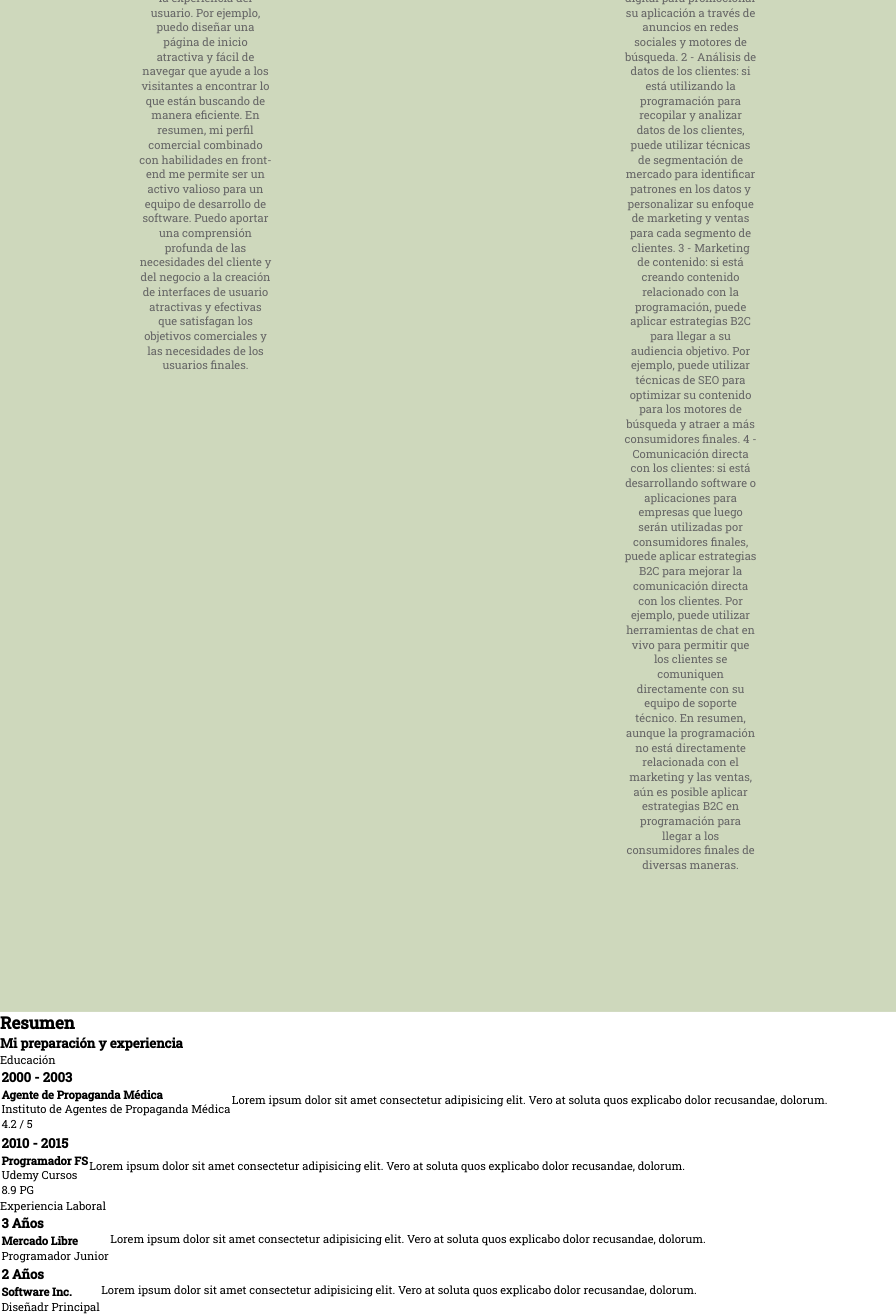
Repository: PabloSebastianPorto/Entrega-CV-1-ARG-PROG
Page: CVFINAL/CVfinal.HTML
These files come from the project's save history. The page is drawn as it stood at one moment and after the next save; the edit follows.
The browser window is 1280 px wide. The pictures show the part of the page from y = 1502 to 3422 px (the page is 3380 px tall before and 3422 px after), at 70% of full size.
Some web libraries are served in a nearby version.

Above is the page before, as saved 2023-02-28 11:46:09.

After the next save:
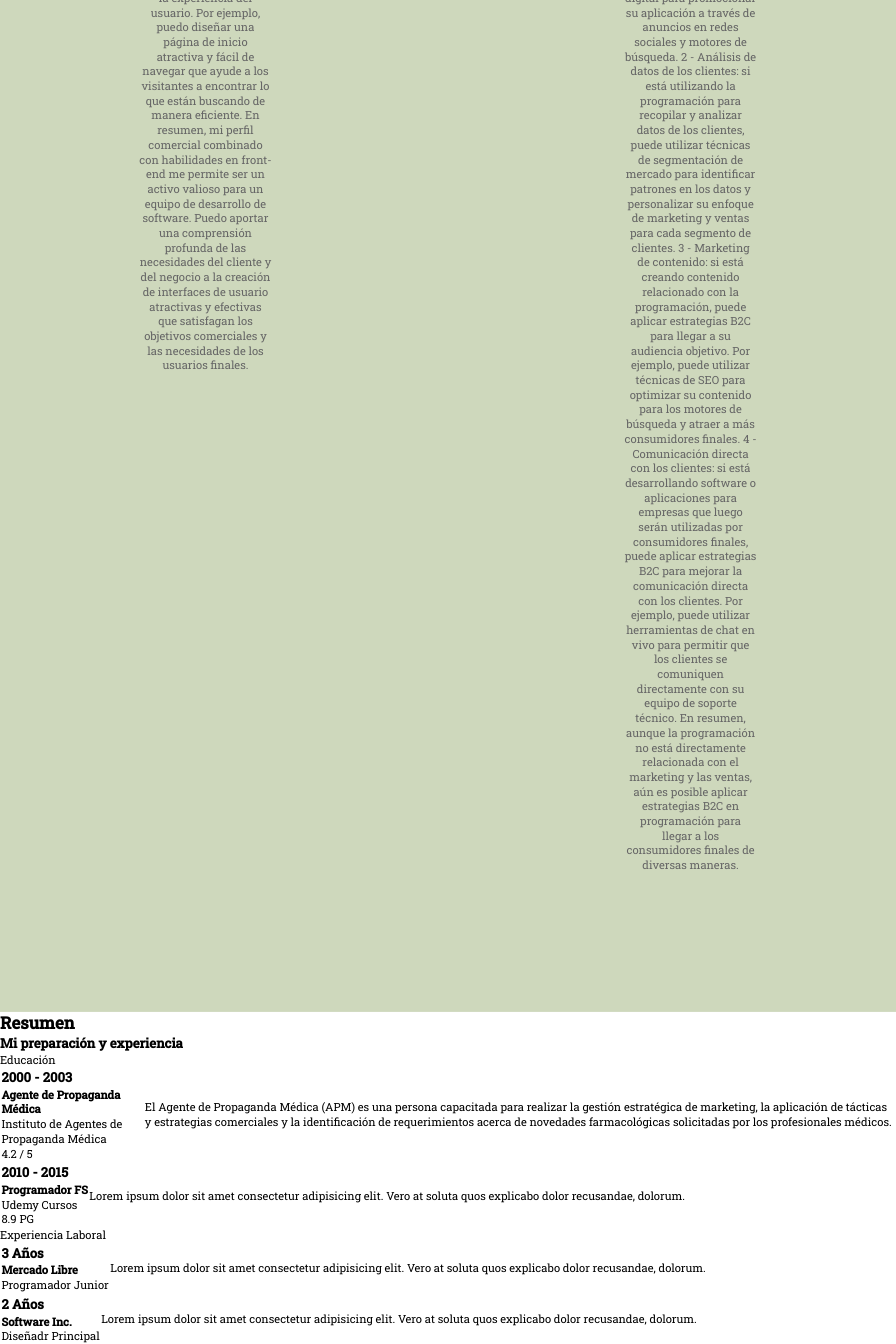
Saved 110 s later.
--- a/CVFINAL/CVfinal.HTML
+++ b/CVFINAL/CVfinal.HTML
@@ -142,8 +142,7 @@
                   <h3>2000 - 2003</h3>
                 </td>
                 <td rowspan="2" class="descripcion">
-                  Lorem ipsum dolor sit amet consectetur adipisicing elit. Vero
-                  at soluta quos explicabo dolor recusandae, dolorum.
+                  El Agente de Propaganda Médica (APM) es una persona capacitada para realizar la gestión estratégica de marketing, la aplicación de tácticas y estrategias comerciales y la identificación de requerimientos acerca de novedades farmacológicas solicitadas por los profesionales médicos.
                 </td>
               </tr>
               <tr>
